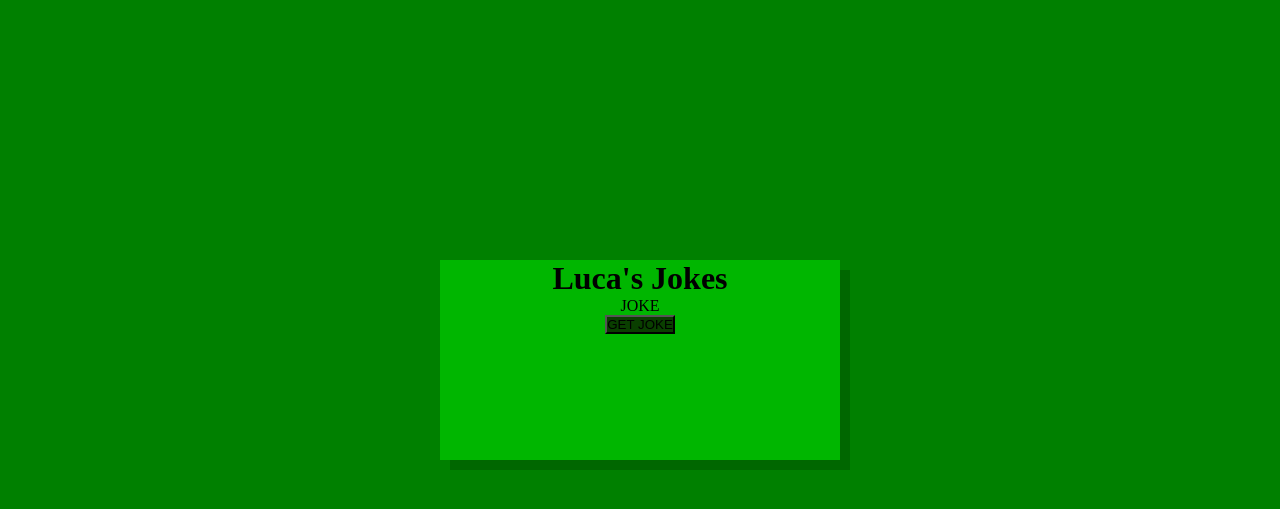
Repository: SerbanLuca/ChuckNorrisJokes-app
Page: /
The author's editor kept a copy of each file at every save. The page is drawn from the files as they stood at one save, then again after a run of saves.
The browser window is 1280 px wide. The pictures show the whole page.
The project was rebuilt for these pictures with package versions that can differ from the ones it lists, and the page was loaded fresh each time.

Above is the page before, as saved 2021-04-07 13:49:52.

After the next 2 saves:
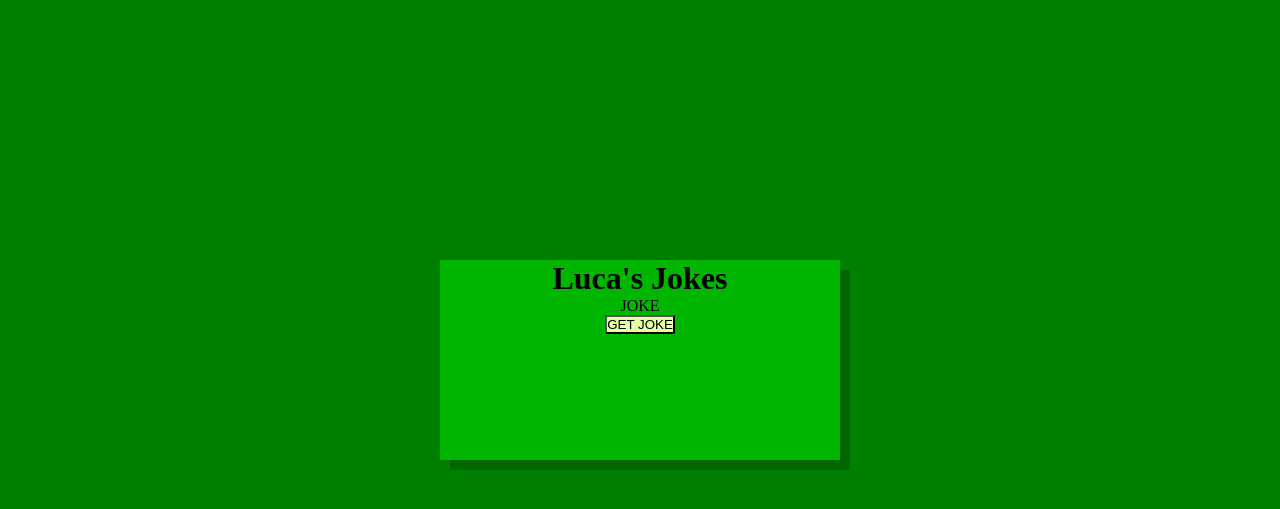
The 2 saves are shown as one change because they came seconds apart.
The last was saved 9 s later.
--- a/src/App.css
+++ b/src/App.css
@@ -25,7 +25,7 @@
 
 .button
 {
-  background-color: rgb(10, 63, 0);
+  background-color: rgb(231, 255, 164);
 }
 
 body
